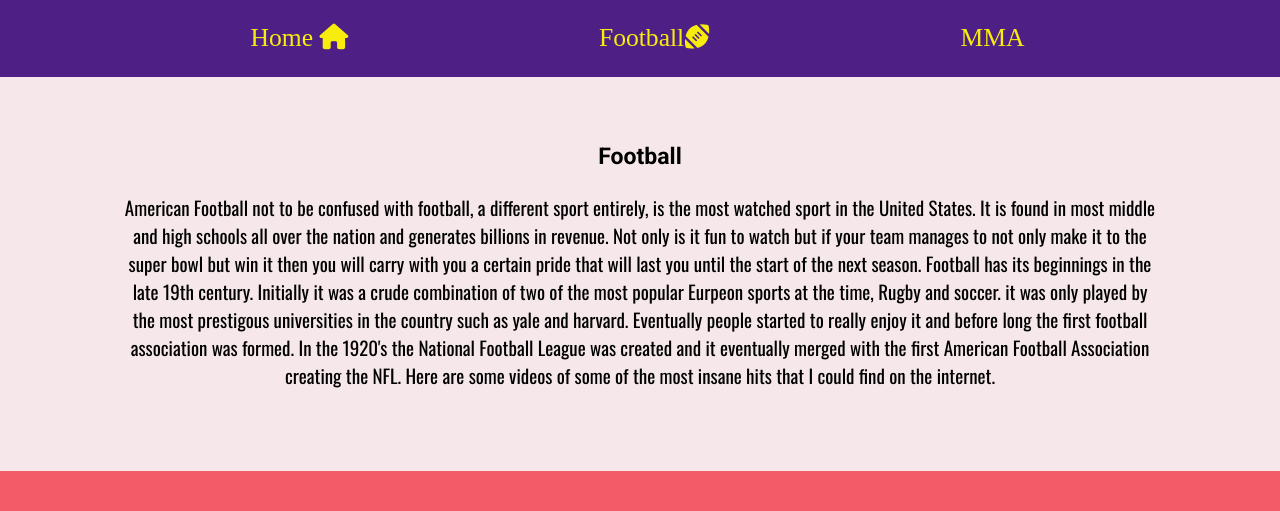
Repository: nak97/personal-site
Page: football.html
The author's editor kept a copy of each file at every save. The page is drawn from the files as they stood at one save, then again after the next save.
The browser window is 1280 px wide. The pictures show the part of the page from y = 0 to 511 px (the page is 1971 px tall).
Pictures or frames that could not be fetched are drawn as grey boxes. Some icons come from a web library that is not loaded, so they are not drawn. Some web libraries are served in a nearby version.

Above is the page before, as saved 2023-03-27 13:39:23.

After the next save:
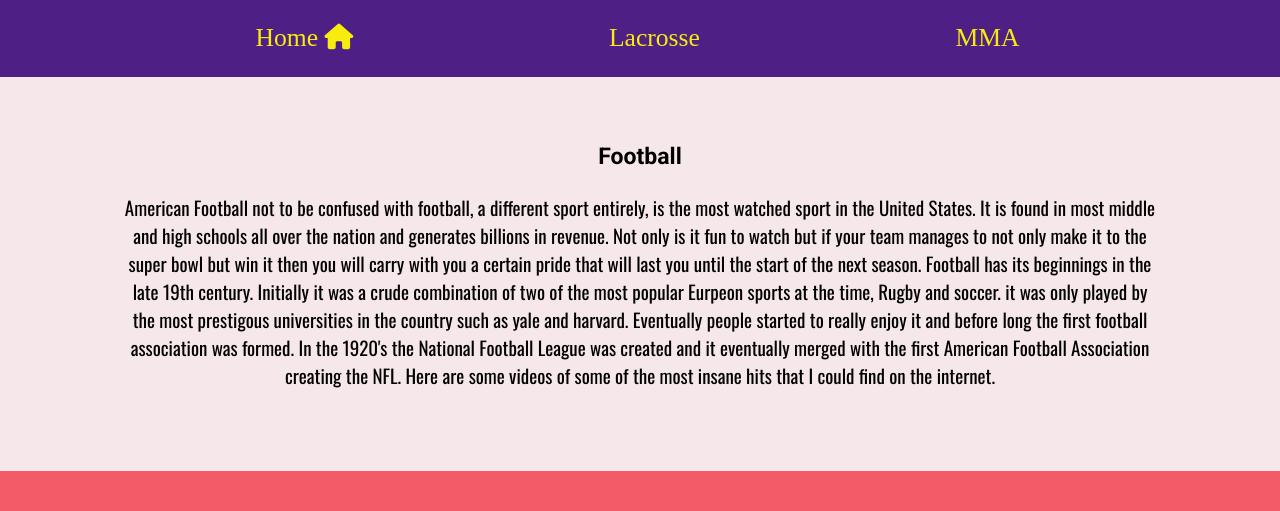
Saved 75 s later.
--- a/football.html
+++ b/football.html
@@ -15,7 +15,7 @@
 
     <nav>
       <a href="index.html" target="_blank">Home <i class="fa-solid fa-house"></i></a>
-      <a href="football.html" target="_blank">Football<i class="fa-solid fa-football"></i></a>
+      <a href="lacrosse.html" target="_blank">Lacrosse<i class="fa-solid fa-lacrosse-stick-ball"></i></a>
       <a href="mma.html" target="_blank">MMA <i class="fa-solid fa-boxing-glove"></i> </a>
     </nav>
   <section class="lacrosse football mma">
